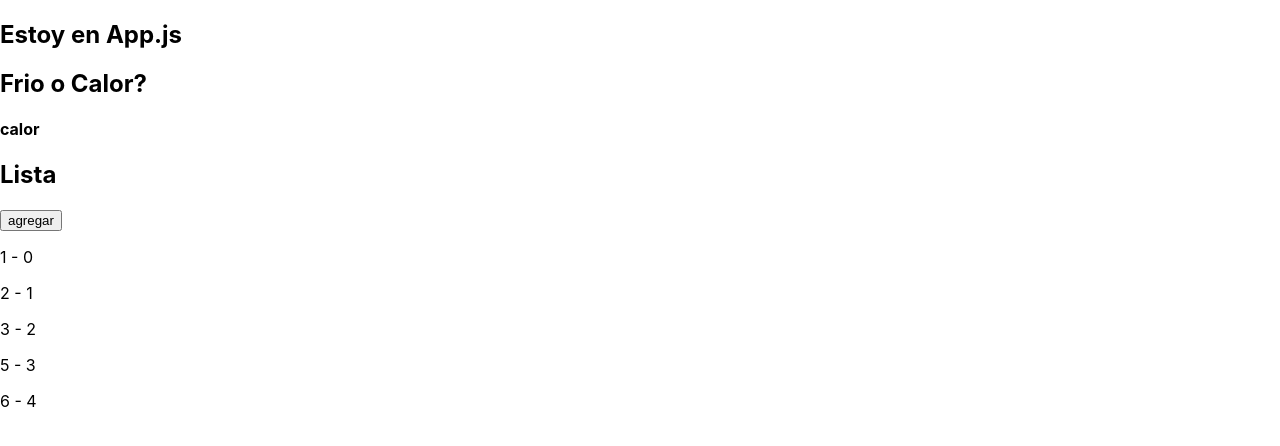
Repository: geraldine-ventura/Jsx-practica-terminada
Page: /
These files come from the project's save history. The page is drawn as it stood at one moment and after the next save; the edit follows.
The browser window is 1280 px wide. The pictures show the whole page.
The project was rebuilt for these pictures with package versions that can differ from the ones it lists, and the page was loaded fresh each time.

Above is the page before, as saved 2022-12-29 10:44:19.

After the next save:
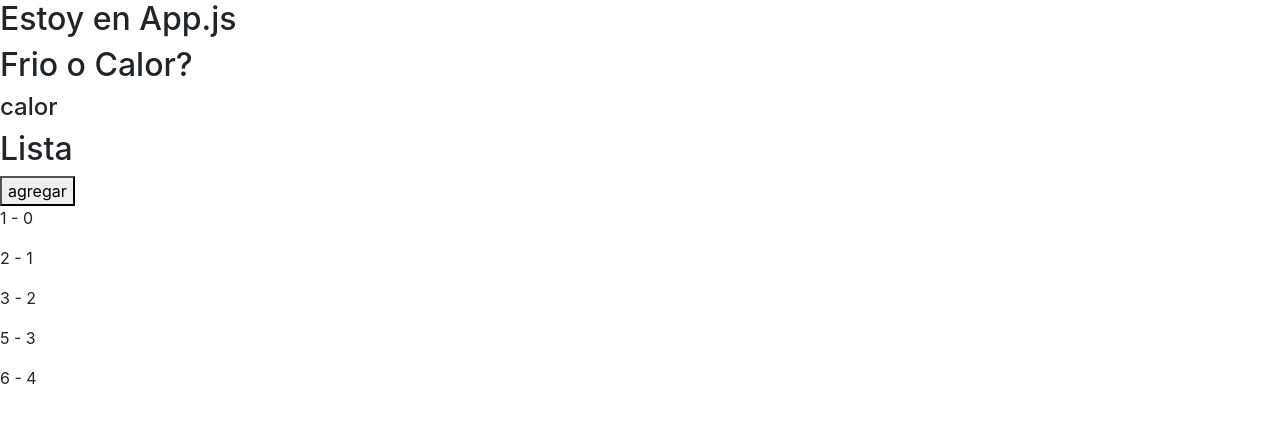
Saved 41 s later.
--- a/public/index.html
+++ b/public/index.html
@@ -25,6 +25,7 @@
       Learn how to configure a non-root public URL by running `npm run build`.
     -->
     <title>React App</title>
+    <link rel="stylesheet" href="https://cdn.jsdelivr.net/npm/bootstrap@4.3.1/dist/css/bootstrap.min.css" integrity="sha384-ggOyR0iXCbMQv3Xipma34MD+dH/1fQ784/j6cY/iJTQUOhcWr7x9JvoRxT2MZw1T" crossorigin="anonymous">
   </head>
 
 
